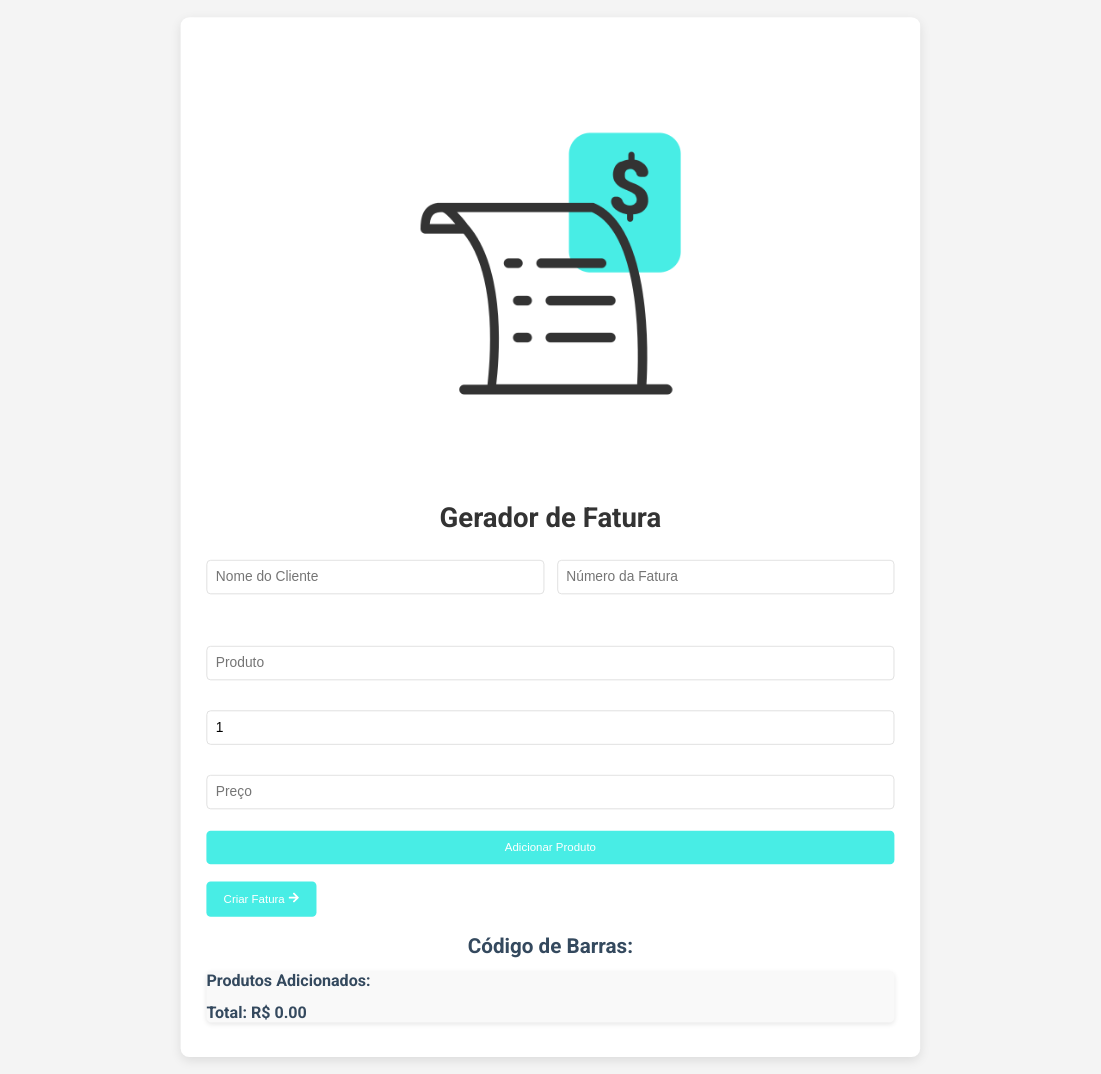
Repository: thmedu/Gerador-de-Faturas
Page: /
An editor plug-in stored every save of this project. The page is shown before and after the next save, followed by the edit.
The browser window is 1280 px wide. The pictures show the whole page, at 86% of full size.
The project was rebuilt for these pictures with package versions that can differ from the ones it lists, and the page was loaded fresh each time. Also part of the build but not shown: vite.config.js, src/Componete/Template.jsx.

Above is the page before, as saved 2024-07-16 23:01:29.

### index.html
<!DOCTYPE html>
<html lang="pt-BR">

<head>
  <meta charset="UTF-8" />
  <meta name="viewport" content="width=device-width, initial-scale=1.0" />
  <meta name="description" content="Gere sua fatura de forma simples e rápida com nosso gerador de faturas em React." />
  <meta name="keywords" content="fatura, gerador de faturas, React, financeiro" />
  <meta name="author" content="Thomas Eduardo" />
  <link rel="stylesheet" href="./src/App.css">
  <link rel="icon" href="./public/logo.png" />
  <title>Gere sua Fatura</title>
</head>


<body>
  <div id="root"></div>
  <script type="module" src="./src/main.jsx"></script>
</body>

</html>

### src/main.jsx
import React from 'react';
import ReactDOM from 'react-dom/client';
import App from './App';
import 'react-toastify/dist/ReactToastify.css';
import { ToastContainer } from 'react-toastify';


const root = ReactDOM.createRoot(document.getElementById('root'));


root.render(
  <React.StrictMode>
    <ToastContainer />
    <App />
  </React.StrictMode>,
);

### src/App.jsx
import React, { useState, useEffect } from 'react';
import './App.css';
import TemplatePdf from './Componete/Template';
import Barcode from 'react-barcode';
import { FaArrowRight, FaArrowLeft, FaEdit, FaTrash } from 'react-icons/fa';
import { toast, ToastContainer } from 'react-toastify';
import logo from '/logo.png';

function App() {
  const [numeroDaFatura, setNumeroDaFatura] = useState('');
  const [nomeCliente, setNomeCliente] = useState('');
  const [data, setData] = useState('');
  const [visualizar, setVisualizar] = useState(true);
  const [loading, setLoading] = useState(false);
  const [produtos, setProdutos] = useState([]);
  const [produto, setProduto] = useState('');
  const [quantidade, setQuantidade] = useState(1);
  const [preco, setPreco] = useState('');
  const [editIndex, setEditIndex] = useState(null);

  useEffect(() => {
    const atual = new Date();
    const dataFormatada = `${String(atual.getDate()).padStart(2, '0')}/${String(
      atual.getMonth() + 1,
    ).padStart(2, '0')}/${atual.getFullYear()}`;
    setData(dataFormatada);

    const storedData = JSON.parse(localStorage.getItem('invoiceData'));
    if (storedData) {
      setNumeroDaFatura(storedData.numeroDaFatura);
      setNomeCliente(storedData.nomeCliente);
      setProdutos(storedData.produtos);
    }
  }, []);

  useEffect(() => {
    localStorage.setItem(
      'invoiceData',
      JSON.stringify({ numeroDaFatura, nomeCliente, produtos }),
    );
  }, [numeroDaFatura, nomeCliente, produtos]);

  const validarEntrada = () => {
    if (!numeroDaFatura.match(/^[0-9]+$/)) {
      toast.error('Por favor, insira um número de fatura válido.');
      return false;
    }
    if (!nomeCliente) {
      toast.error('Por favor, insira o nome do cliente.');
      return false;
    }
    return true;
  };

  const criarFatura = () => {
    if (!validarEntrada()) return;

    setLoading(true);
    setTimeout(() => {
      toast.success('Fatura criada com sucesso!');
      setLoading(false);
      setVisualizar(false);
    }, 500);
  };

  const validarEntradaProduto = () => {
    if (!produto) {
      toast.error('Por favor, insira o nome do produto.');
      return false;
    }
    if (quantidade <= 0) {
      toast.error('Quantidade deve ser maior que zero.');
      return false;
    }
    if (preco <= 0) {
      toast.error('Preço deve ser maior que zero.');
      return false;
    }
    return true;
  };

  const adicionarProduto = () => {
    if (validarEntradaProduto()) {
      const newProduto = {
        produto,
        quantidade: Number(quantidade),
        preco: Number(preco),
      };
      if (editIndex !== null) {
        const updatedProdutos = produtos.map((item, index) =>
          index === editIndex ? newProduto : item,
        );
        setProdutos(updatedProdutos);
        setEditIndex(null);
        toast.success('Produto atualizado com sucesso!');
      } else {
        setProdutos((prevProdutos) => [...prevProdutos, newProduto]);
        toast.success('Produto adicionado com sucesso!');
      }
      resetProdutoFields();
    }
  };

  const editarProduto = (index) => {
    const produtoEditado = produtos[index];
    setProduto(produtoEditado.produto);
    setQuantidade(produtoEditado.quantidade);
    setPreco(produtoEditado.preco);
    setEditIndex(index);
  };

  const removerProduto = (index) => {
    setProdutos(produtos.filter((_, i) => i !== index));
    toast.success('Produto removido com sucesso!');
  };

  const resetProdutoFields = () => {
    setProduto('');
    setQuantidade(1);
    setPreco('');
  };

  const totalFatura = produtos.reduce(
    (acc, curr) => acc + curr.quantidade * curr.preco,
    0,
  );

  const voltar = () => {
    setVisualizar(true);
    resetForm();
  };

  const resetForm = () => {
    setNumeroDaFatura('');
    setNomeCliente('');
    setProdutos([]);
    localStorage.removeItem('invoiceData');
  };

  return (
    <>
      <ToastContainer />
      {visualizar ? (
        <div className="container">
          <img src={logo} alt="Logo" className="logo" />
          <h1 className="title">Gerador de Fatura</h1>
          <div className="form">
            <div className="inputs">
              <input
                type="text"
                placeholder="Nome do Cliente"
                value={nomeCliente}
                onChange={(e) => setNomeCliente(e.target.value)}
                disabled={loading}
                className="input-field"
                required
              />
              <input
                type="text"
                placeholder="Número da Fatura"
                value={numeroDaFatura}
                onChange={(e) => setNumeroDaFatura(e.target.value)}
                disabled={loading}
                className="input-field"
                required
              />
            </div>
            <div className="product-form">
              <input
                type="text"
                placeholder="Produto"
                value={produto}
                onChange={(e) => setProduto(e.target.value)}
                className="input-field"
              />
              <input
                type="number"
                placeholder="Quantidade"
                value={quantidade}
                onChange={(e) => setQuantidade(e.target.value)}
                className="input-field"
                min="1"
              />
              <input
                type="number"
                placeholder="Preço"
                value={preco}
                onChange={(e) => setPreco(e.target.value)}
                className="input-field"
                min="0"
              />
              <button onClick={adicionarProduto} className="submit-button">
                {editIndex !== null ? 'Atualizar Produto' : 'Adicionar Produto'}
              </button>
            </div>
            <div className="buttons">
              <button
                onClick={criarFatura}
                disabled={loading}
                className="submit-button"
                title={
                  loading
                    ? 'Aguarde enquanto a fatura é criada'
                    : 'Criar fatura'
                }
              >
                {loading ? 'Criando...' : 'Criar Fatura'} <FaArrowRight />
              </button>
            </div>
          </div>
          <div className="barcode-container">
            <h2>Código de Barras:</h2>
            {numeroDaFatura && <Barcode value={numeroDaFatura} />}
          </div>
          <div className="product-list">
            <h3>Produtos Adicionados:</h3>
            <ul>
              {produtos.map((item, index) => (
                <li key={index}>
                  {item.quantidade} x {item.produto} @ R${' '}
                  {item.preco.toFixed(2)} = R${' '}
                  {(item.quantidade * item.preco).toFixed(2)}
                  <button onClick={() => editarProduto(index)}>
                    <FaEdit />
                  </button>
                  <button onClick={() => removerProduto(index)}>
                    <FaTrash />
                  </button>
                </li>
              ))}
            </ul>
            <h3>Total: R$ {totalFatura.toFixed(2)}</h3>
          </div>
        </div>
      ) : (
        <div className="pdf-container">
          <TemplatePdf
            NumeroDaFatura={numeroDaFatura}
            data={data}
            nomeCliente={nomeCliente}
            produtos={produtos}
            total={totalFatura}
          />
          <button onClick={voltar} className="back-button">
            Voltar <FaArrowLeft />
          </button>
        </div>
      )}
    </>
  );
}

export default App;

### src/Componete/Template.css
/* Template.css */

.pdf-container {
  max-width: 800px;
  margin: 20px auto;
  padding: 20px;
  border: 1px solid #e0e0e0;
  border-radius: 10px;
  background-color: #ffffff;
  font-family: 'Arial', sans-serif;
}

.pdf-logo {
  max-width: 150px;
  margin: 0 auto 20px;
  display: block; /* Center logo */
}

h1 {
  text-align: center;
  color: #2c3e50;
  font-size: 2em;
  margin-bottom: 10px;
}

h2, h3 {
  color: #34495e;
  margin: 15px 0 10px;
}

p {
  font-size: 1em;
  color: #555;
}

strong {
  font-weight: bold;
}

.product-list {
  list-style: none;
  padding: 0;
  margin: 0;
}

.product-list li {
  display: flex;
  justify-content: space-between;
  padding: 10px;
  border-bottom: 1px solid #e0e0e0;
}

.product-list li:last-child {
  border-bottom: none; /* Remove border for the last item */
}

.product-list span {
  flex-grow: 1; /* Allow span to grow */
}

.product-list div {
  display: flex;
  gap: 10px; /* Space between buttons */
}

.add-product-button, .print-button {
  padding: 10px 15px;
  border: none;
  border-radius: 5px;
  background-color: #48ede5;
  color: white;
  cursor: pointer;
  transition: background-color 0.3s;
  margin: 10px 0;
}

.add-product-button:hover, .print-button:hover {
  background-color: #39b2c4;
}

button {
  background: none;
  border: none;
  cursor: pointer;
  color: #3498db; /* Button color */
}

button:hover {
  color: #2980b9; /* Darker shade on hover */
}

.dialog-title {
  display: flex;
  justify-content: space-between;
  align-items: center;
}

input[type="text"],
input[type="number"] {
  width: 100%;
  padding: 10px;
  margin: 10px 0;
  border: 1px solid #ddd;
  border-radius: 5px;
  box-sizing: border-box;
}

input[type="text"]:focus,
input[type="number"]:focus {
  border-color: #3498db; /* Focus color */
  outline: none; /* Remove default outline */
}

@media (max-width: 600px) {
  .pdf-container {
    padding: 15px;
  }

  h1 {
    font-size: 1.5em; /* Responsive title size */
  }

  .add-product-button, .print-button {
    width: 100%; /* Full width on mobile */
  }

  .product-list li {
    flex-direction: column; /* Stack items on mobile */
    align-items: flex-start; /* Align left */
  }
}

Loaded but not shown: src/App.css (168 lines, source omitted)

After the next save:
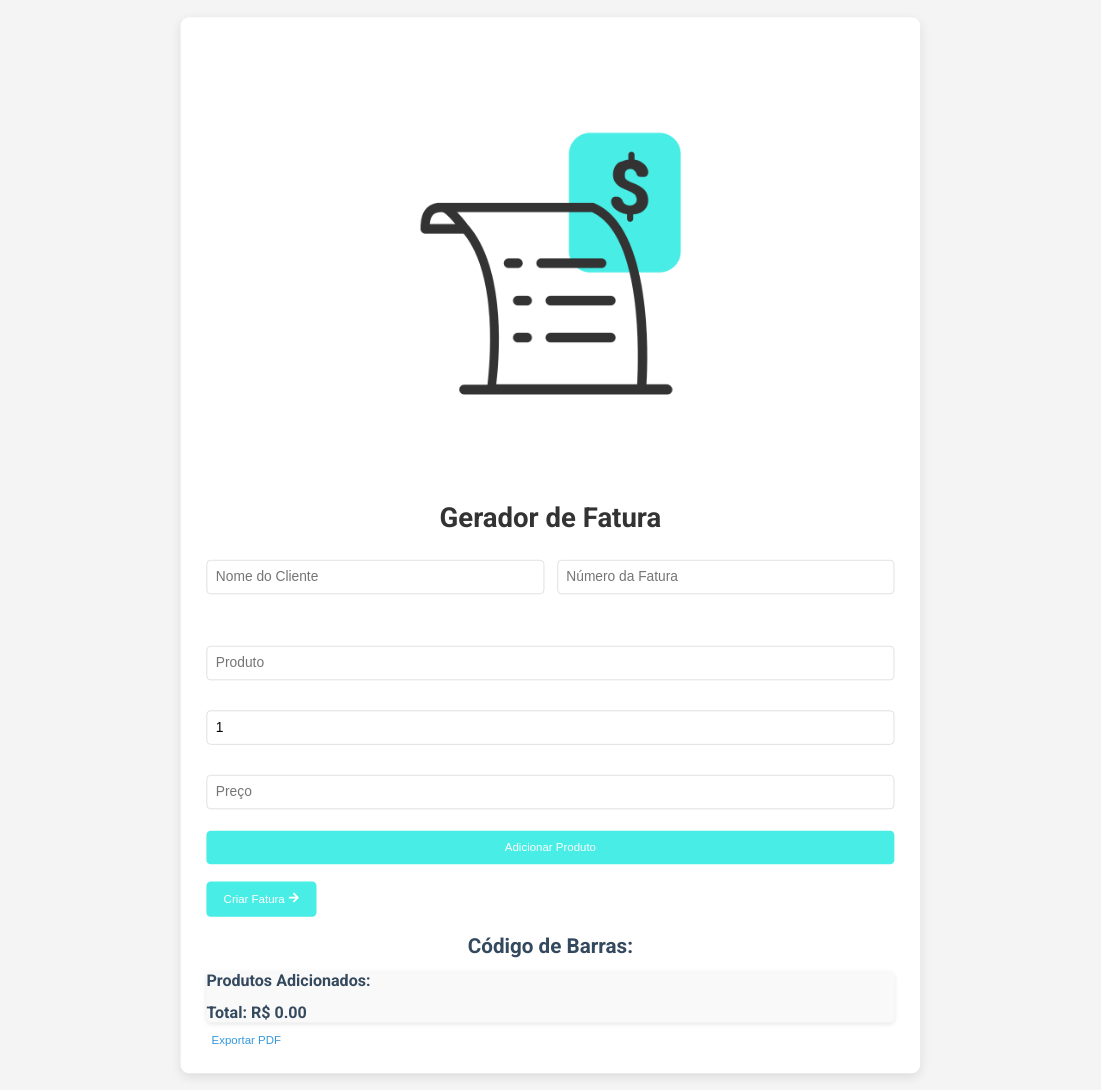
Saved 115 s later.
--- a/src/App.jsx
+++ b/src/App.jsx
@@ -5,6 +5,8 @@
 import { FaArrowRight, FaArrowLeft, FaEdit, FaTrash } from 'react-icons/fa';
 import { toast, ToastContainer } from 'react-toastify';
 import logo from '/logo.png';
+import jsPDF from 'jspdf'; // Importando jsPDF
+import Modal from 'react-modal'; // Importando Modal
 
 function App() {
   const [numeroDaFatura, setNumeroDaFatura] = useState('');
@@ -17,6 +19,11 @@
   const [quantidade, setQuantidade] = useState(1);
   const [preco, setPreco] = useState('');
   const [editIndex, setEditIndex] = useState(null);
+  const [isErrorModalOpen, setErrorModalOpen] = useState(false);
+  const [errorMessage, setErrorMessage] = useState('');
+  const [historicoFaturas, setHistoricoFaturas] = useState(
+    JSON.parse(localStorage.getItem('historicoFaturas')) || [],
+  );
 
   useEffect(() => {
     const atual = new Date();
@@ -41,15 +48,21 @@
   }, [numeroDaFatura, nomeCliente, produtos]);
 
   const validarEntrada = () => {
+    let isValid = true;
     if (!numeroDaFatura.match(/^[0-9]+$/)) {
-      toast.error('Por favor, insira um número de fatura válido.');
-      return false;
+      handleError('Por favor, insira um número de fatura válido.');
+      isValid = false;
     }
     if (!nomeCliente) {
-      toast.error('Por favor, insira o nome do cliente.');
-      return false;
-    }
-    return true;
+      handleError('Por favor, insira o nome do cliente.');
+      isValid = false;
+    }
+    return isValid;
+  };
+
+  const handleError = (message) => {
+    setErrorMessage(message);
+    setErrorModalOpen(true);
   };
 
   const criarFatura = () => {
@@ -60,6 +73,14 @@
       toast.success('Fatura criada com sucesso!');
       setLoading(false);
       setVisualizar(false);
+
+      // Adiciona nova fatura ao histórico
+      const novaFatura = { numeroDaFatura, nomeCliente, produtos };
+      setHistoricoFaturas([...historicoFaturas, novaFatura]);
+      localStorage.setItem(
+        'historicoFaturas',
+        JSON.stringify([...historicoFaturas, novaFatura]),
+      );
     }, 500);
   };
 
@@ -137,9 +158,39 @@
     localStorage.removeItem('invoiceData');
   };
 
+  const exportarPDF = () => {
+    const doc = new jsPDF();
+    doc.text(`Fatura: ${numeroDaFatura}`, 10, 10);
+    doc.text(`Cliente: ${nomeCliente}`, 10, 20);
+    doc.text(`Data: ${data}`, 10, 30);
+    produtos.forEach((item, index) => {
+      doc.text(
+        `${item.quantidade} x ${item.produto} @ R$${item.preco.toFixed(
+          2,
+        )} = R$${(item.quantidade * item.preco).toFixed(2)}`,
+        10,
+        40 + index * 10,
+      );
+    });
+    doc.text(
+      `Total: R$ ${totalFatura.toFixed(2)}`,
+      10,
+      40 + produtos.length * 10,
+    );
+    doc.save('fatura.pdf');
+  };
+
   return (
     <>
       <ToastContainer />
+      <Modal
+        isOpen={isErrorModalOpen}
+        onRequestClose={() => setErrorModalOpen(false)}
+      >
+        <h2>Erro</h2>
+        <p>{errorMessage}</p>
+        <button onClick={() => setErrorModalOpen(false)}>Fechar</button>
+      </Modal>
       {visualizar ? (
         <div className="container">
           <img src={logo} alt="Logo" className="logo" />
@@ -231,6 +282,9 @@
             </ul>
             <h3>Total: R$ {totalFatura.toFixed(2)}</h3>
           </div>
+          <button onClick={exportarPDF} className="export-button">
+            Exportar PDF
+          </button>
         </div>
       ) : (
         <div className="pdf-container">

After the save that followed:
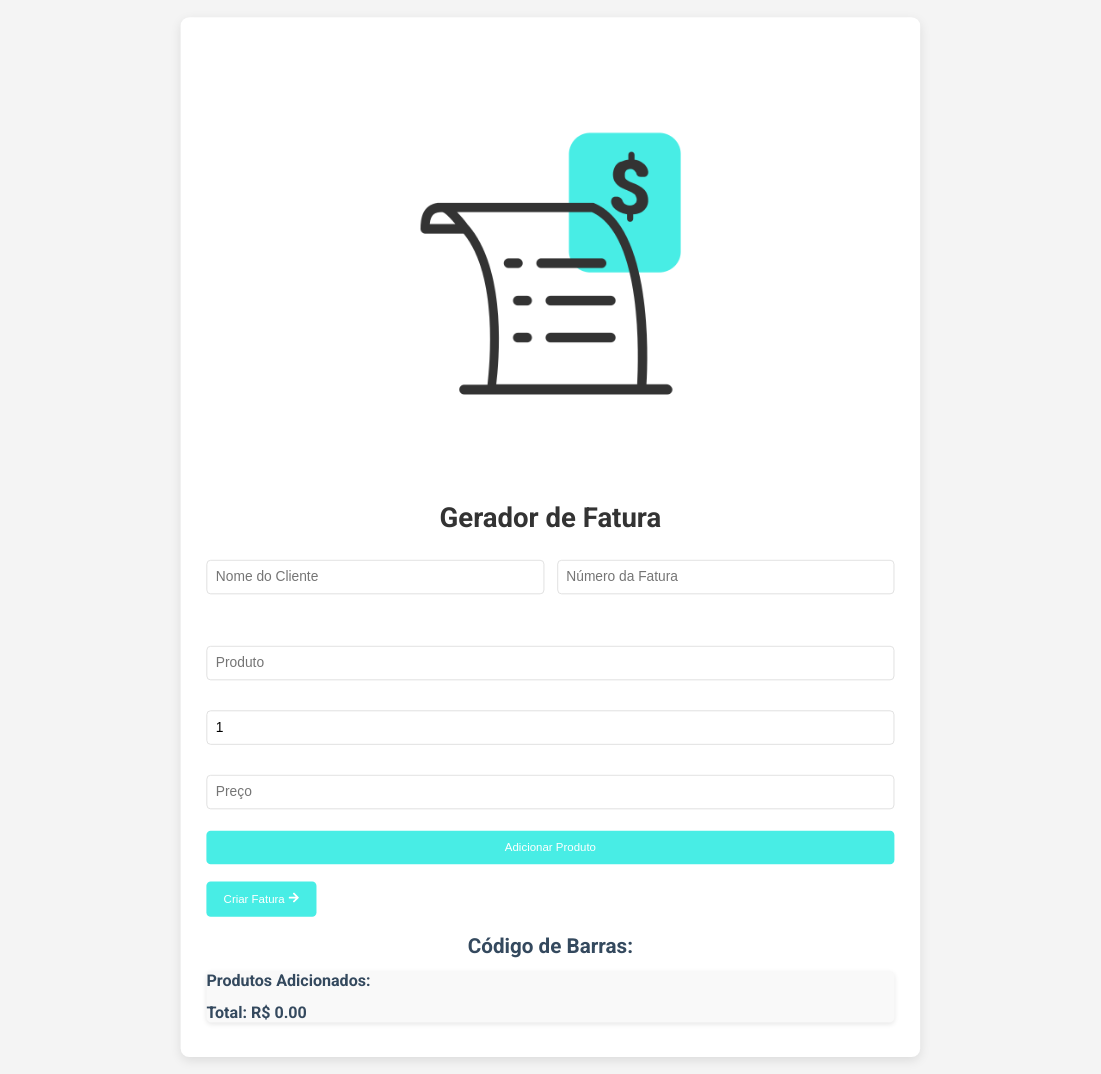
Saved 2 min 18 s later.
--- a/src/App.jsx
+++ b/src/App.jsx
@@ -5,8 +5,6 @@
 import { FaArrowRight, FaArrowLeft, FaEdit, FaTrash } from 'react-icons/fa';
 import { toast, ToastContainer } from 'react-toastify';
 import logo from '/logo.png';
-import jsPDF from 'jspdf'; // Importando jsPDF
-import Modal from 'react-modal'; // Importando Modal
 
 function App() {
   const [numeroDaFatura, setNumeroDaFatura] = useState('');
@@ -19,11 +17,6 @@
   const [quantidade, setQuantidade] = useState(1);
   const [preco, setPreco] = useState('');
   const [editIndex, setEditIndex] = useState(null);
-  const [isErrorModalOpen, setErrorModalOpen] = useState(false);
-  const [errorMessage, setErrorMessage] = useState('');
-  const [historicoFaturas, setHistoricoFaturas] = useState(
-    JSON.parse(localStorage.getItem('historicoFaturas')) || [],
-  );
 
   useEffect(() => {
     const atual = new Date();
@@ -48,21 +41,15 @@
   }, [numeroDaFatura, nomeCliente, produtos]);
 
   const validarEntrada = () => {
-    let isValid = true;
     if (!numeroDaFatura.match(/^[0-9]+$/)) {
-      handleError('Por favor, insira um número de fatura válido.');
-      isValid = false;
+      toast.error('Por favor, insira um número de fatura válido.');
+      return false;
     }
     if (!nomeCliente) {
-      handleError('Por favor, insira o nome do cliente.');
-      isValid = false;
-    }
-    return isValid;
-  };
-
-  const handleError = (message) => {
-    setErrorMessage(message);
-    setErrorModalOpen(true);
+      toast.error('Por favor, insira o nome do cliente.');
+      return false;
+    }
+    return true;
   };
 
   const criarFatura = () => {
@@ -73,14 +60,6 @@
       toast.success('Fatura criada com sucesso!');
       setLoading(false);
       setVisualizar(false);
-
-      // Adiciona nova fatura ao histórico
-      const novaFatura = { numeroDaFatura, nomeCliente, produtos };
-      setHistoricoFaturas([...historicoFaturas, novaFatura]);
-      localStorage.setItem(
-        'historicoFaturas',
-        JSON.stringify([...historicoFaturas, novaFatura]),
-      );
     }, 500);
   };
 
@@ -158,39 +137,9 @@
     localStorage.removeItem('invoiceData');
   };
 
-  const exportarPDF = () => {
-    const doc = new jsPDF();
-    doc.text(`Fatura: ${numeroDaFatura}`, 10, 10);
-    doc.text(`Cliente: ${nomeCliente}`, 10, 20);
-    doc.text(`Data: ${data}`, 10, 30);
-    produtos.forEach((item, index) => {
-      doc.text(
-        `${item.quantidade} x ${item.produto} @ R$${item.preco.toFixed(
-          2,
-        )} = R$${(item.quantidade * item.preco).toFixed(2)}`,
-        10,
-        40 + index * 10,
-      );
-    });
-    doc.text(
-      `Total: R$ ${totalFatura.toFixed(2)}`,
-      10,
-      40 + produtos.length * 10,
-    );
-    doc.save('fatura.pdf');
-  };
-
   return (
     <>
       <ToastContainer />
-      <Modal
-        isOpen={isErrorModalOpen}
-        onRequestClose={() => setErrorModalOpen(false)}
-      >
-        <h2>Erro</h2>
-        <p>{errorMessage}</p>
-        <button onClick={() => setErrorModalOpen(false)}>Fechar</button>
-      </Modal>
       {visualizar ? (
         <div className="container">
           <img src={logo} alt="Logo" className="logo" />
@@ -282,9 +231,6 @@
             </ul>
             <h3>Total: R$ {totalFatura.toFixed(2)}</h3>
           </div>
-          <button onClick={exportarPDF} className="export-button">
-            Exportar PDF
-          </button>
         </div>
       ) : (
         <div className="pdf-container">
